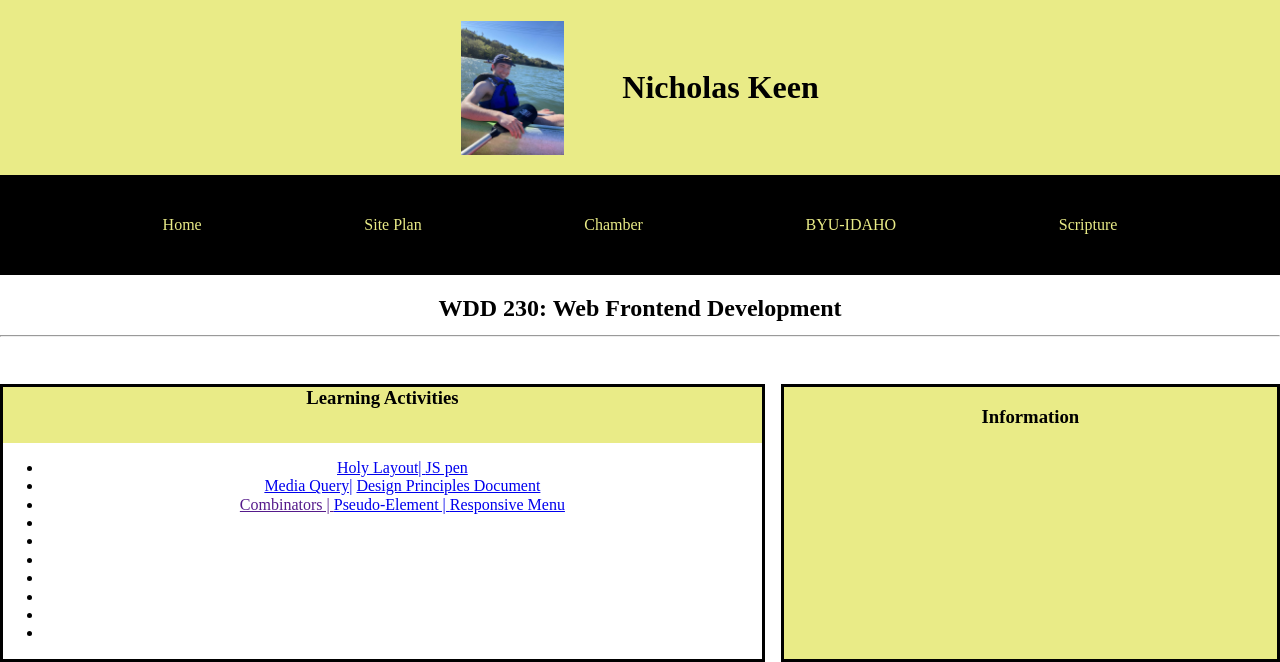
Repository: nak97/WDD230
Page: index.html
The author's editor kept a copy of each file at every save. The page is drawn from the files as they stood at one save, then again after the next save.
The browser window is 1280 px wide. The pictures show the part of the page from y = 0 to 662 px (the page is 1250 px tall before and 1275 px after).
Pictures or frames that could not be fetched are drawn as grey boxes. Some icons come from a web library that is not loaded, so they are not drawn. Some web libraries are served in a nearby version.

Above is the page before, as saved 2023-09-28 16:18:54.

### index.html
<!DOCTYPE html>
<html lang="en-US">
<head>
  <meta charset="UTF-8">
  <meta name="viewport" content="width=device-width, initial-scale=1.0">
  <title>Nick Keen - WDD 230 - Web Frontend Development</title>
  <meta name="description" content="WDD 230 - Nicholas Keen  - Web Frontend Development projects">
  <meta name="author" content="Nicholas Keen">
  <link rel="stylesheet" href="./styles/normalize.css">
  <link rel="stylesheet" href="./styles/base.css">
  <link rel="stylesheet" href="./styles/media.css">
  <link rel="icon" href="favicon.ico">
  <meta property="og:title" content="facebook"/>
  <meta property="og:type" content="website" />
  <meta property="og:url" content="facebook.com" />
  <meta property="og:image" content="images/facebook-meta-tag-pic.png" />
</head>
<body>
  <button type="button"id = menu> click</i></button>
  <header>
    <img src="images/Snapchat-1695523002.jpg" alt="img">
    <h1>
      Nicholas Keen
    </h1>
  </header>
  <nav class="navigation">

    <a href="#">Home</a>
    <a href="chamber/siteplan.html" target="_blank">Site Plan</a>
    <a href="chamber/" target="_blank">Chamber</a>
    <a href="https://www.byui.edu/" target="_blank">BYU-IDAHO</a>
    <a href="https://www.churchofjesuschrist.org/study/scriptures/bofm/alma/27?lang=eng&id=p18#p18" target="_blank">Scripture</a>
  </nav>

  <main>
    <h2 class="title">
      WDD 230: Web Frontend Development
      <hr>
    </h2>

    <section class="card card-1">
      <h3> Learning Activities </h3>
      <ul>
        <li>
          <a href="#"> Holy Layout| </a> <a href="#">JS pen</a>
        </li>
        <li>
          <a href="#"> Media Query|</a> <a href="./lesson02/design-principles.html" target="_blank">Design Principles Document</a>
        </li>
        <li>
          <a href="">Combinators | </a> <a href="https://codepen.io/blazzard-jason/pen/LYjLRqN">Pseudo-Element | </a> <a href="https://codepen.io/nak97/pen/LYMmWJq">Responsive Menu</a>
        </li>
        <li>
          <a href=""></a>
        </li>
        <li>
          <a href=""></a>
        </li>
        <li>
          <a href=""></a>
        </li>
        <li>
          <a href=""></a>
        </li>
        <li>
          <a href=""></a>
        </li>
        <li>
          <a href=""></a>
        </li>
        <li>
          <a href=""></a>
        </li>
      </ul>
    </section>

    <section class="card card-2">
      <h3>
        Information
      </h3>


    </section>


  </main>

  <iframe src="https://www.google.com/maps/embed?pb=!1m18!1m12!1m3!1d54988.89090360679!2d-97.71421805902354!3d30.52653335449952!2m3!1f0!2f0!3f0!3m2!1i1024!2i768!4f13.1!3m3!1m2!1s0x8644d1a4ed2d22e7%3A0x7217259ede04b10!2sRound%20Rock%2C%20TX!5e0!3m2!1sen!2sus!4v1695938363198!5m2!1sen!2sus" width="600r" height="450" style="border:0;" allowfullscreen="" loading="lazy" referrerpolicy="no-referrer-when-downgrade"></iframe>

  <footer>
    <p>
      <i class="fa-sharp fa-light fa-copyright"></i>2023
    </p>
   <p>
    Nicholas Keen Texas <br>
   </p>

   <p id="lastModified">

   </p>

  </footer>
  <script src="scripts/getdates.js"></script>
  <script src="scripts/menu.js"></script>
  <script src="https://kit.fontawesome.com/615002bc5f.js" crossorigin="anonymous"></script>

</body>
</html>

### styles/base.css
body{
  text-align: center;
  text-decoration: none;
}

header {
  display: flex;
    justify-content: center;
    margin-top: auto;
    margin-bottom: auto;
    margin-right: auto;
    margin-left: auto;
    width: 100%;
    background-color: #E9EB87;
    height: 10.9375rem;
}
header h1 {
  margin-top: auto;
  margin-bottom: auto;
}
img{
  height: 8.375rem;
  width: 6.4375rem;
  margin-right: 3.625rem;
  margin-top: auto;
  margin-bottom: auto;
}
nav {
  display: flex;
  background-color: black;
  width: 100%;
  height: 6.25rem;
  justify-content: space-evenly;
  align-items: center;
}

.title {
  grid-area: title ;
}

nav a {
  color: #E9EB87;
  text-decoration: none;
}
hr {width: 28.9375}

main {
  display: grid !important;
  grid-template-rows: .1fr 1fr;
  justify-content: center;
  grid-template-columns: 1fr .5fr 1fr;
  grid-template-areas:
  " title title title"
  "card-1 card-1 card-2";
  grid-gap: 1rem;

}

.card-1 {
 grid-area: card-1;

}
.card-1 h3{
background-color: #E9EB87;
margin: 0;
padding-bottom: 2.125rem;
}

.card-2 {
  background-color: #E9EB87;
  grid-area: card-2;
}
.card {

  border: black 3px solid;
}

footer {
  display: flex;
  margin-top: 1.75rem;
  max-width: 62.0625rem;
  margin-left: auto;
  margin-right: auto;
  justify-content: center;
  border: 0.1875rem black solid;
  height: 4.375rem;
  background-color: #E9EB87;

}

iframe {
  width: 37.5rem;
  height: 30rem;
}

.fa-sharp fa-light fa-copyright {
  color: #050505;
}

#menu {
  display: none;
}

### styles/media.css
@media screen and (max-width: 578px) {
  body{
    text-align: center;
    text-decoration: none;
  }

  nav {
    display: none !important;

  }
   main {
     grid-template-areas:
     " title"
     " card-1"
     " card-2";
     grid-template-columns: 1fr ;
     margin-bottom: 1rem;
  }

  iframe {
      width: 22.5rem;

  }
#menu {
  font-size: 1.5rem;
	border: 1px solid rgba(0,0,0,.3);
	padding: 3px 7px 6px;
	background-color: #eee;
	color: #000;
 	position: absolute;
  top: 1rem;
	right: 1rem;
}


#menu::before {
	content: "☰";
}


#menu.open::before {
	content: "👌";
}


}

### scripts/getdates.js
var date = document.lastModified;
document.getElementById("lastModified").innerHTML = "The document was last modified on : " + date;

Loaded but not shown: styles/normalize.css (library); scripts/menu.js (common file)

After the next save:
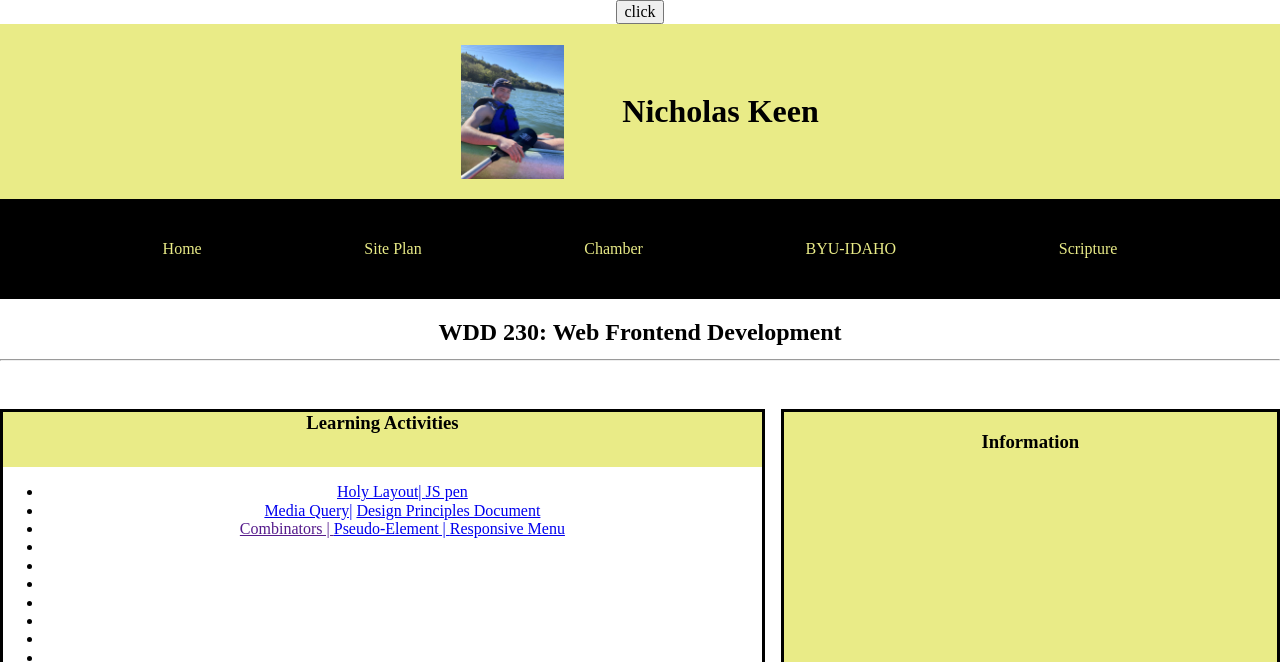
Saved 26 s later.
--- a/styles/base.css
+++ b/styles/base.css
@@ -96,7 +96,3 @@ iframe {
 .fa-sharp fa-light fa-copyright {
   color: #050505;
 }
-
-#menu {
-  display: none;
-}
